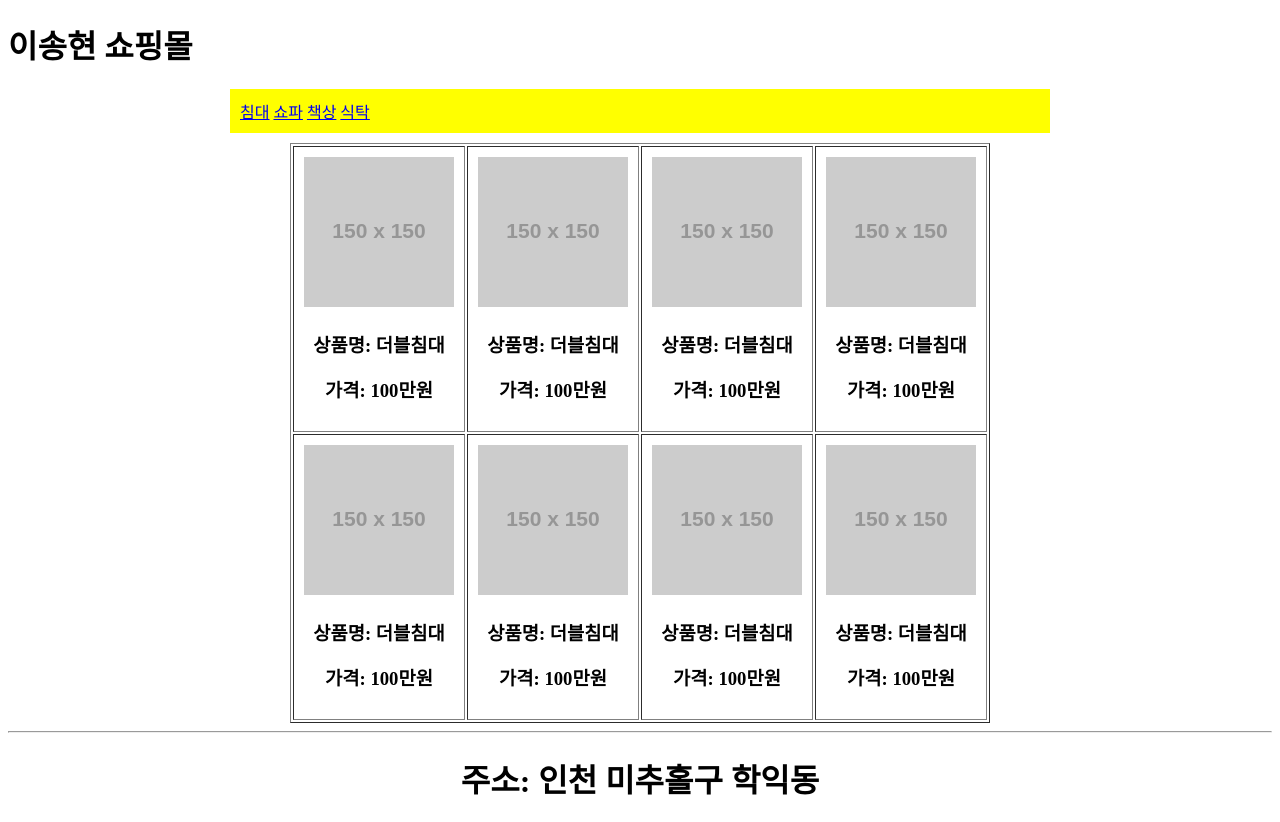
Repository: kmg8138/html
Page: 2020.04.06/ex0406/WebContent/ex07.html
The author's editor kept a copy of each file at every save. The page is drawn from the files as they stood at one save, then again after the next save.
The browser window is 1280 px wide. The pictures show the whole page.

Above is the page before, as saved 2020-04-06 07:51:21.

### 2020.04.06/ex0406/WebContent/ex07.html
<!DOCTYPE html>
<html>
<head>
	<meta charset="UTF-8">
	<title>이송현 쇼핑몰</title>
	<style>
		title{text-align: center;}
		table{margin:0px auto;} /*테이블 가운데정렬*/
		td{text-align: center; padding: 10px}
		heder, footer{text-align: center;}
		nav{width:800px; padding: 10px; background: yellow;
			margin: 10px auto;}
	</style>
</head>
<body>
	<header>
		<h1>이송현 쇼핑몰</h1>
	</header>

	<nav>


				<span><a href="#">침대</a></span>
				<span><a href="#">쇼파</a></span>
				<span><a href="#">책상</a></span>
				<span><a href="#">식탁</a></span>


	</nav>

	<section>
		<table border=1 width=600>
			<tr>
				<td>
					<img src="http://placehold.it/150x150"><br>
					<h3>상품명: 더블침대<br></h3>
					<h3>가격: 100만원</h3>
				</td>
				<td>
					<img src="http://placehold.it/150x150"><br>
					<h3>상품명: 더블침대<br></h3>
					<h3>가격: 100만원</h3>
				</td>
				<td>
					<img src="http://placehold.it/150x150"><br>
					<h3>상품명: 더블침대<br></h3>
					<h3>가격: 100만원</h3>
				</td>
				<td>
					<img src="http://placehold.it/150x150"><br>
					<h3>상품명: 더블침대<br></h3>
					<h3>가격: 100만원</h3>
				</td>
			</tr>
			<tr>
				<td>
					<img src="http://placehold.it/150x150"><br>
					<h3>상품명: 더블침대<br></h3>
					<h3>가격: 100만원</h3>
				</td>
				<td>
					<img src="http://placehold.it/150x150"><br>
					<h3>상품명: 더블침대<br></h3>
					<h3>가격: 100만원</h3>
				</td>
				<td>
					<img src="http://placehold.it/150x150"><br>
					<h3>상품명: 더블침대<br></h3>
					<h3>가격: 100만원</h3>
				</td>
				<td>
					<img src="http://placehold.it/150x150"><br>
					<h3>상품명: 더블침대<br></h3>
					<h3>가격: 100만원</h3>
				</td>
			</tr>
		</table>
	</section>

	<footer>
		<hr/>
		<h1>주소: 인천 미추홀구 학익동</h1>
	</footer>
</body>
</html>

After the next save:
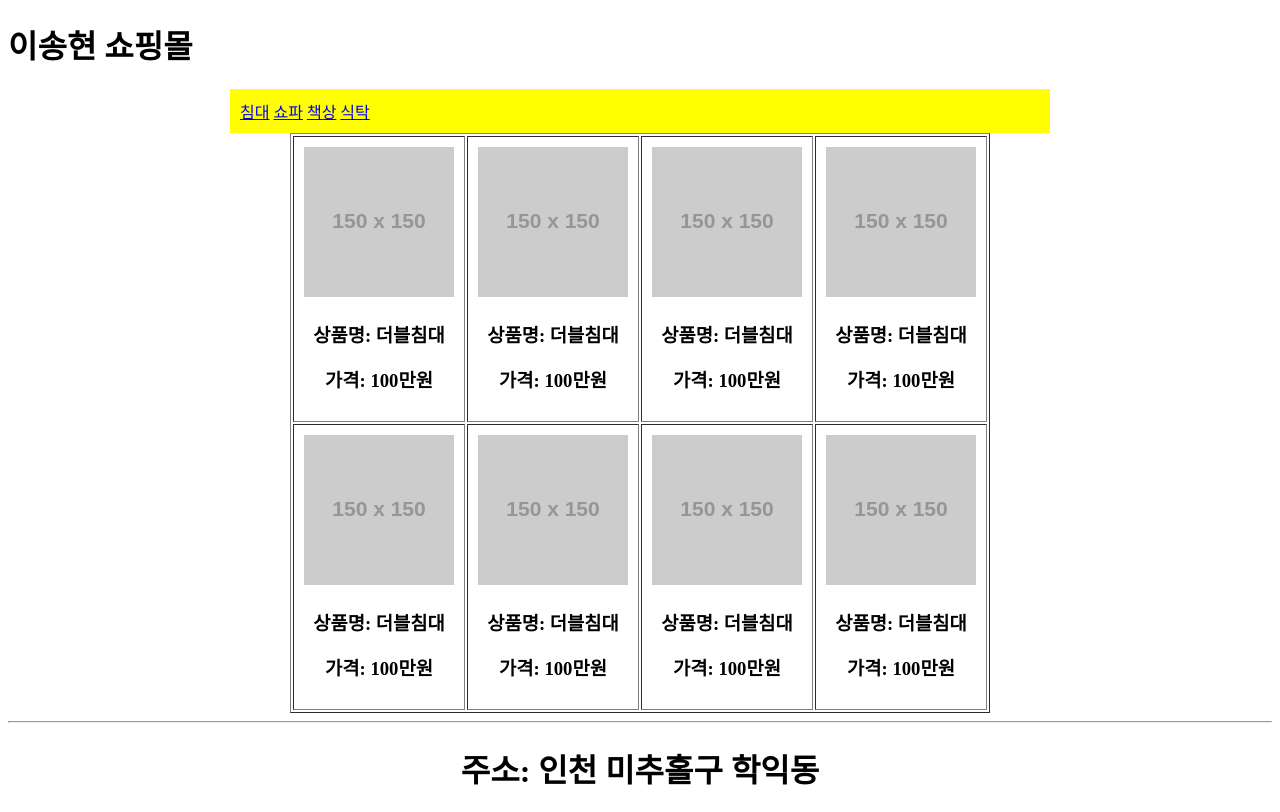
Saved 42 s later.
--- a/2020.04.06/ex0406/WebContent/ex07.html
+++ b/2020.04.06/ex0406/WebContent/ex07.html
@@ -9,7 +9,7 @@
 		td{text-align: center; padding: 10px}
 		heder, footer{text-align: center;}
 		nav{width:800px; padding: 10px; background: yellow;
-			margin: 10px auto;}
+			margin: 0px auto;}
 	</style>
 </head>
 <body>

After the save that followed:
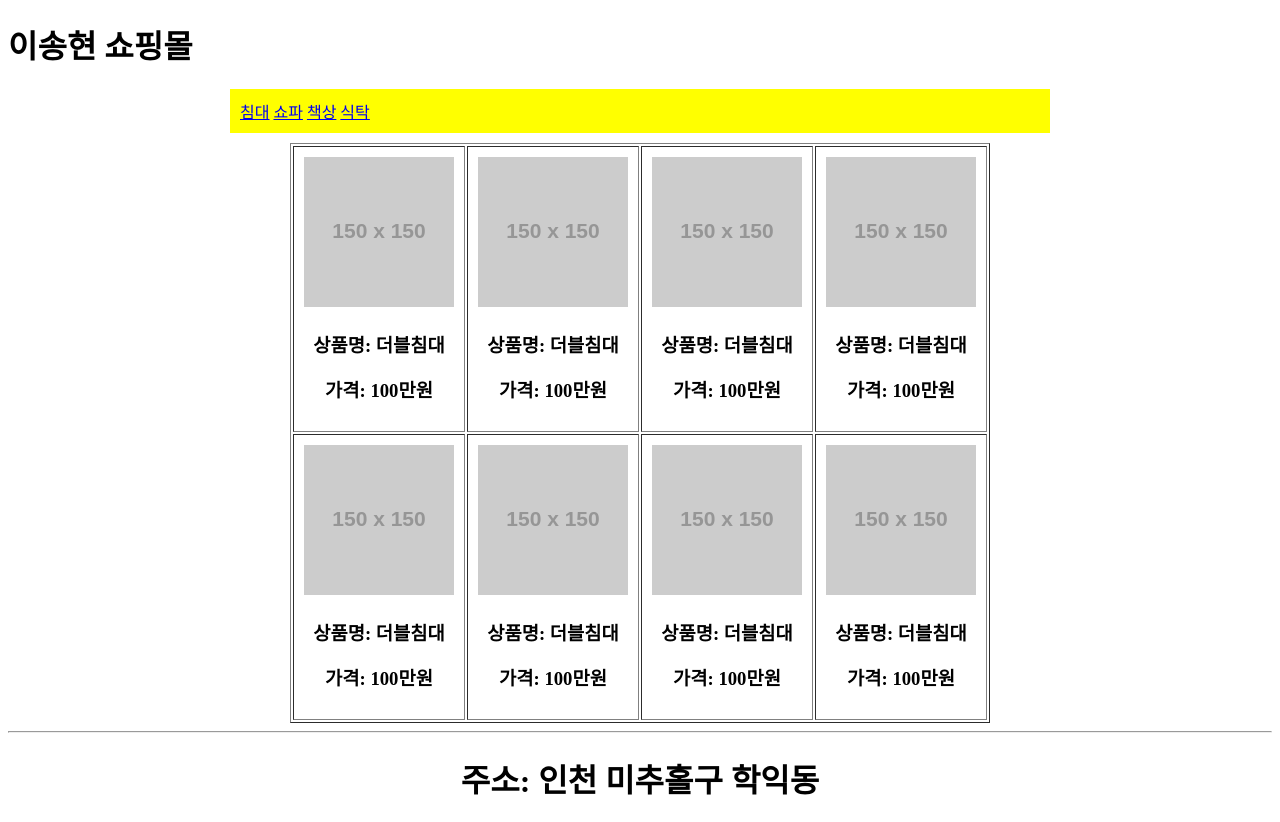
Saved 7 s later.
--- a/2020.04.06/ex0406/WebContent/ex07.html
+++ b/2020.04.06/ex0406/WebContent/ex07.html
@@ -9,7 +9,7 @@
 		td{text-align: center; padding: 10px}
 		heder, footer{text-align: center;}
 		nav{width:800px; padding: 10px; background: yellow;
-			margin: 0px auto;}
+			margin: 10px auto;}
 	</style>
 </head>
 <body>
